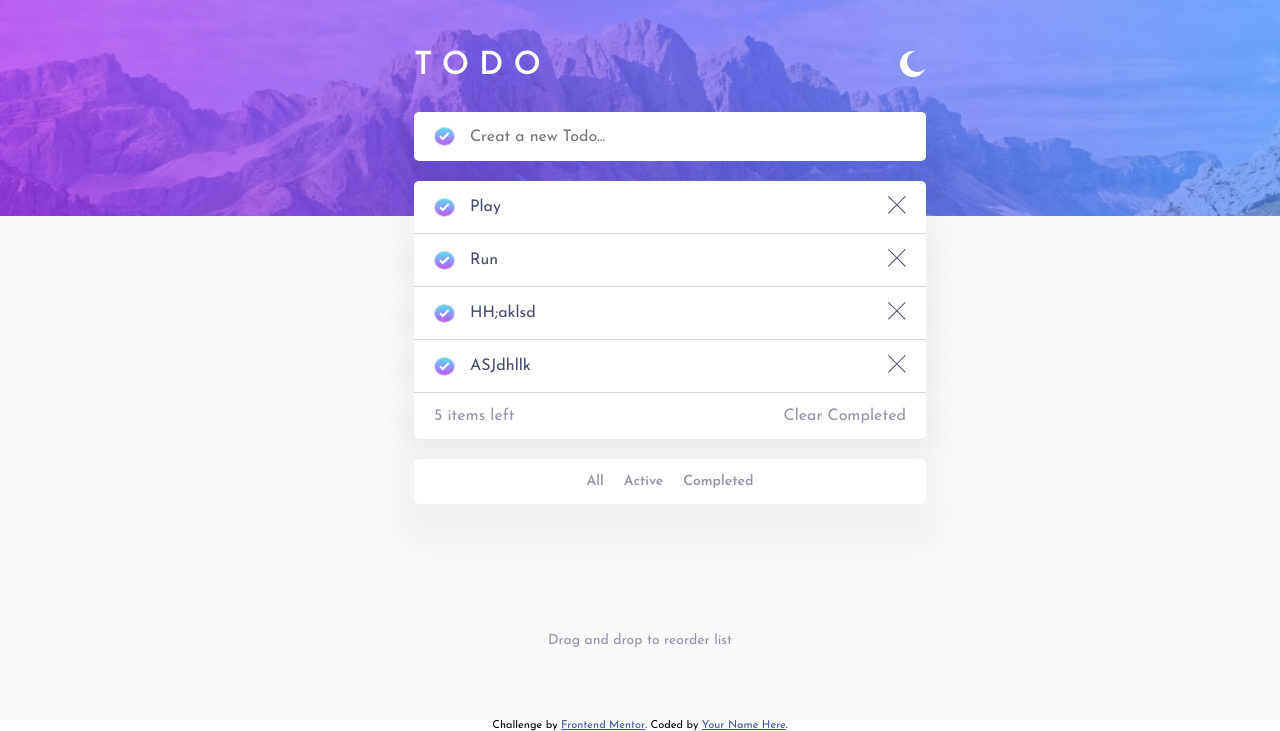
Repository: Baraajad231/Todo-app
Page: /
The author's editor kept a copy of each file at every save. The page is drawn from the files as they stood at one save, then again after the next save.
The browser window is 1280 px wide. The pictures show the whole page.
The project was rebuilt for these pictures with package versions that can differ from the ones it lists, and the page was loaded fresh each time. Also part of the build but not shown: vite.config.js.

Above is the page before, as saved 2025-12-30 13:44:13.

After the next save:
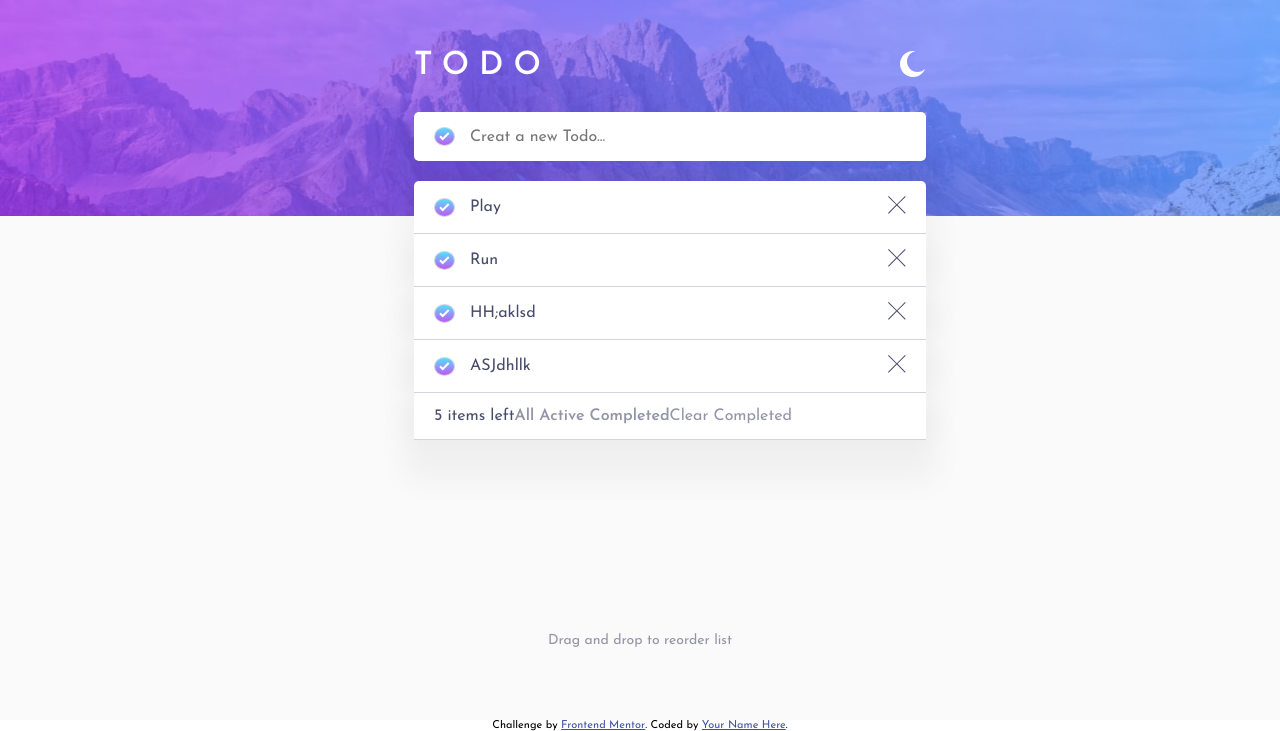
Saved 9 min 4 s later.
--- a/index.html
+++ b/index.html
@@ -123,7 +123,8 @@
               <img src="./images/icon-cross.svg" alt="" class="remove-icon" />
             </button>
           </li>
-          <li class="todo__list__row todo__list__row--meta">
+          <!-- For mobile -->
+          <!-- <li class="todo__list__row todo__list__row--meta">
             <div class="todo__items-left">
               <span class="todo__items-count">5</span>
               <span class="todo__items-text">items left</span>
@@ -140,6 +141,26 @@
             <button class="todo__list-completed button button-filter">
               Completed
             </button>
+          </li> -->
+
+          <!-- for desktop -->
+          <li class="todo__list__row todo__list__row--control">
+            <div class="todo__items-left">
+              <span class="todo__items-count">5</span>
+              <span class="todo__items-text">items left</span>
+            </div>
+
+            <div class="todo__list--filter">
+              <button class="todo__list-all button button-filter">All</button>
+              <button class="todo__list-active button button-filter">
+                Active
+              </button>
+              <button class="todo__list-completed button button-filter">
+                Completed
+              </button>
+            </div>
+
+            <button class="todo__list-clear button">Clear Completed</button>
           </li>
         </ul>
       </div>
